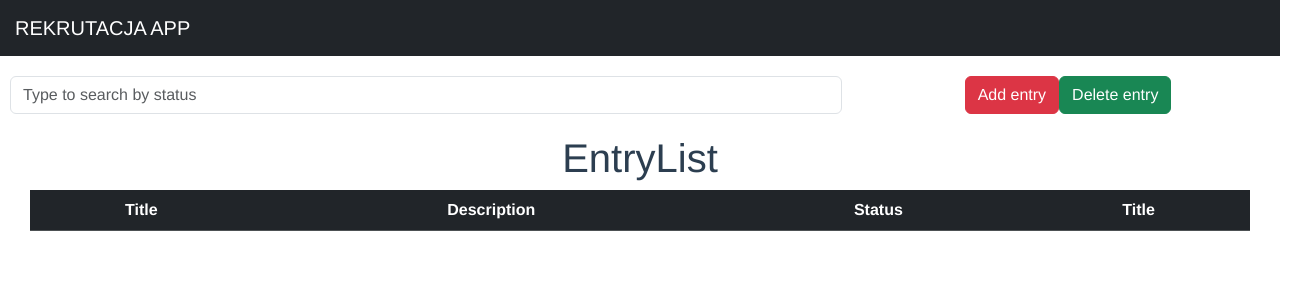
Repository: Madaless/vue_elastic
Page: / (app in vuejsapp/crudapp/)
These files come from the project's save history. The page is drawn as it stood at one moment and after the next save; the edit follows.
The browser window is 1280 px wide. The page is 1292 px wide, so the pictures cover 1292 px, including what lies to the right of the window. The pictures show the whole page.
The page's requests for data from a server got no answer. The project was rebuilt for these pictures with package versions that can differ from the ones it lists, and the page was loaded fresh each time. No one was signed in, and anything a server would have sent is missing.

Above is the page before, as saved 2021-09-12 13:48:22.

### vuejsapp/crudapp/src/main.js
import Vue from 'vue'
import App from './App.vue'
import store from  './store/index'
import { BootstrapVue, IconsPlugin } from 'bootstrap-vue'

// Import Bootstrap an BootstrapVue CSS files (order is important)
import 'bootstrap/dist/css/bootstrap.css'
import 'bootstrap-vue/dist/bootstrap-vue.css'

// Make BootstrapVue available throughout your project
Vue.use(BootstrapVue)
// Optionally install the BootstrapVue icon components plugin
Vue.use(IconsPlugin)

Vue.config.productionTip = false

new Vue({
  store,
  render: h => h(App),
}).$mount('#app')

### vuejsapp/crudapp/src/App.vue
<template>
  <div id="app">
    <b-navbar class="navbar navbar-expand navbar-dark bg-dark">
      <b-navbar-brand id="header" href="#">REKRUTACJA APP</b-navbar-brand>
    </b-navbar>

    <b-row id = "filterEntry">
      <b-col sm="8"><FilterEntry /></b-col>
      <b-col sm="4"><AddEntry /></b-col>
    </b-row>

    <EntryList />
  </div>
</template>

<script>
import AddEntry from "./components/AddEntry.vue";
import FilterEntry from "./components/FilterEntry.vue";
import EntryList from "./components/EntryList.vue";

export default {
  name: "App",
  components: {
    AddEntry,
    FilterEntry,
    EntryList,
  },
};
</script>

<style>
#app {
  font-family: Avenir, Helvetica, Arial, sans-serif;
  -webkit-font-smoothing: antialiased;
  -moz-osx-font-smoothing: grayscale;
  text-align: center;
  color: #2c3e50;
}
#header {
  padding-left: 15px;
}

#filterEntry {
    padding-top: 20px;
    padding-bottom: 20px;
    padding-left: 10px;
    padding-right: 10px;
}
</style>

### vuejsapp/crudapp/src/store/index.js
import Vuex from 'vuex';
import Vue from 'vue';
import entryList from './modules/entryList';

Vue.use(Vuex);

export default new Vuex.Store({
    modules: {
        entryList
    }
})

### vuejsapp/crudapp/src/components/AddEntry.vue
<template>
  <div>
    <b-button block variant="danger">Add entry</b-button>
    <b-button block variant="success">Delete entry</b-button>
  </div>
</template>

<script>
export default {
  setup() {},
};
</script>

<style scoped>
</style>

### vuejsapp/crudapp/src/components/FilterEntry.vue
<template>
  <div>
    <b-form-input
      id="filter-input"
      v-model="filter"
      type="search"
      placeholder="Type to search by status"
    ></b-form-input>
  </div>
</template>

<script>
export default {
  setup() {},
};
</script>

<style scoped>

</style>

### vuejsapp/crudapp/src/components/EntryList.vue
<template>
  <div id="entryList">
    <h1>EntryList</h1>

    <div class="todos">
      <table class="table table-striped table-dark">
        <thead>
          <tr>
            <th>Title</th>
            <th>Description</th>
            <th>Status</th>
            <th>Title</th>
          </tr>
        </thead>
        <tbody>
          <tr v-for="entry in entryList" v-bind:key="entry.key">

              <td>{{ entry.title }}</td>
            </tr>

        </tbody>
      </table>
    </div>
  </div>
</template>

<script>
import { mapGetters, mapActions } from "vuex";

export default {
  name: "EntryList",
  methods: {
    ...mapActions(["fetchEntryList"]),
  },
  computed: mapGetters(["entryList"]),
  created() {
    this.fetchEntryList();
  },
};
</script>

<style scoped>
#entryList {
  padding-left: 30px;
  padding-right: 30px;
}
</style>

### vuejsapp/crudapp/src/store/modules/entryList.js
import axios from 'axios';

const state = {
  entryList: []
};
// get the state
const getters = {
  entryList: (state) => {
    return state.entryList
  }
};

const actions = {
    // fetch from api
  async fetchEntryList({ commit }) {
    const response = await axios.get('https://jsonplaceholder.typicode.com/todos');

    commit('setEntryList', response.data);
  }
}

const mutations = {
    setEntryList: (state, entryList) => (state.entryList = entryList)
};

export default {
    state,
    getters,
    actions,
    mutations
};

Loaded but not shown: vuejsapp/crudapp/public/index.html (common file)

After the next save:
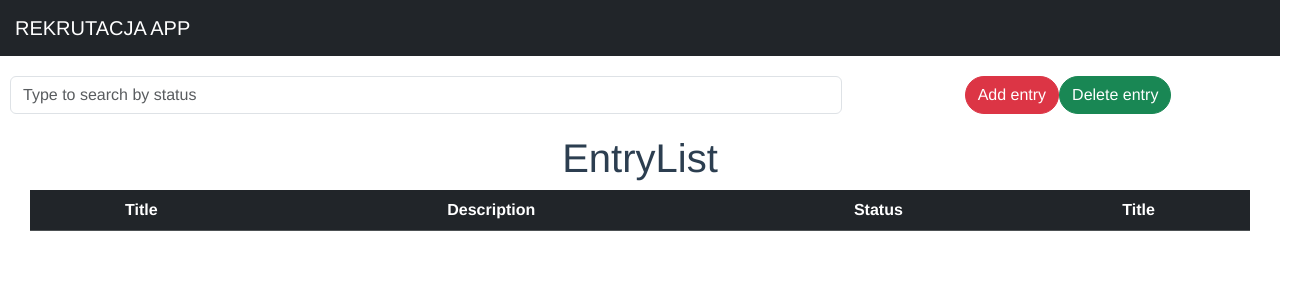
Saved 3 min 8 s later.
--- a/vuejsapp/crudapp/src/components/AddEntry.vue
+++ b/vuejsapp/crudapp/src/components/AddEntry.vue
@@ -1,7 +1,7 @@
 <template>
   <div>
-    <b-button block variant="danger">Add entry</b-button>
-    <b-button block variant="success">Delete entry</b-button>
+    <b-button pill block variant="danger">Add entry</b-button>
+    <b-button pill block variant="success">Delete entry</b-button>
   </div>
 </template>
 
